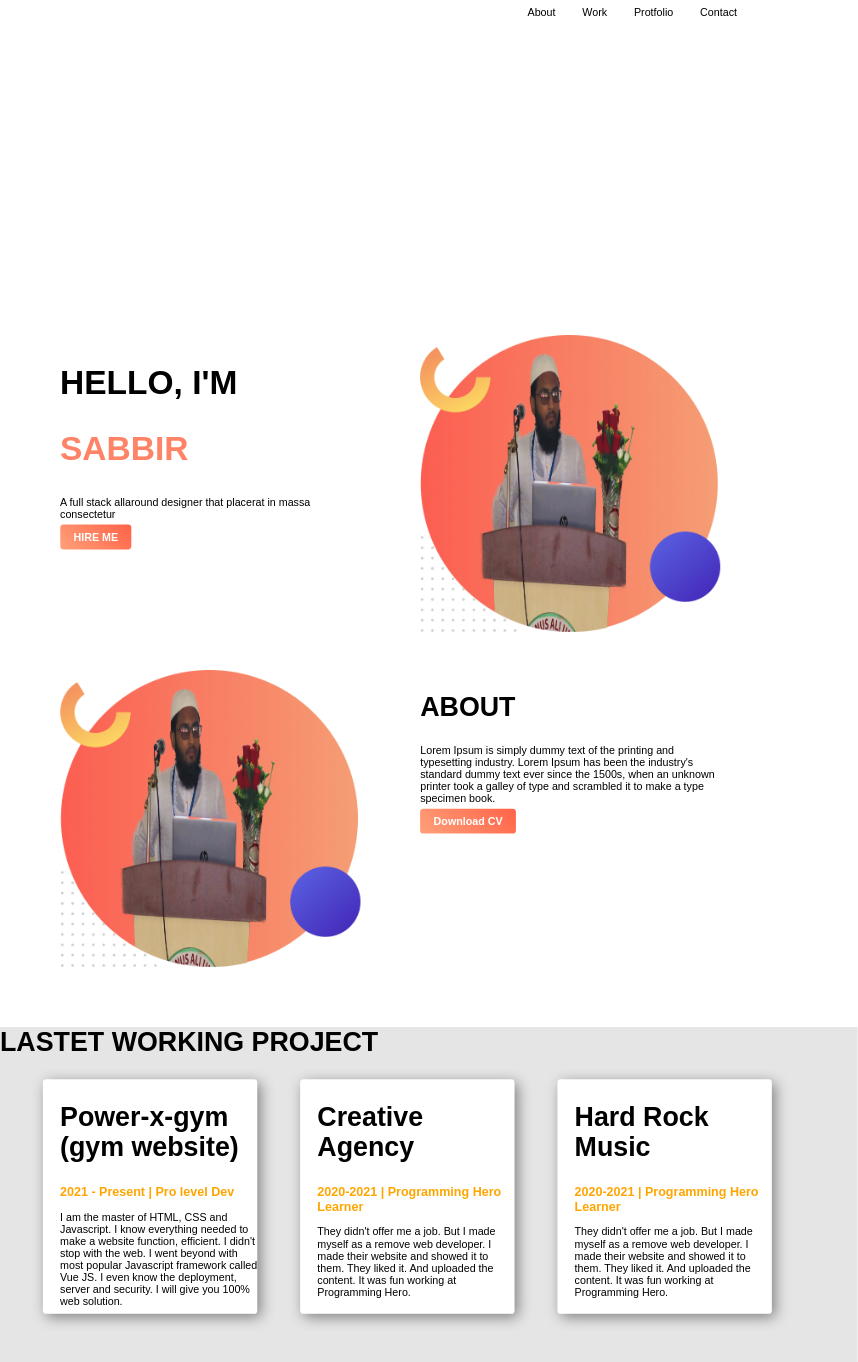
Repository: sabbircse3/personal-website
Page: index.html
These files come from the project's save history. The page is drawn as it stood at one moment and after a run of saves; the edit follows.
The browser window is 1280 px wide. The pictures show the whole page, at 67% of full size.

Above is the page before, as saved 2021-01-06 00:24:47.

### index.html
<!DOCTYPE html>
<html lang="en">
<head>
    <title>personal-website</title>
    <link rel="preconnect" href="https://fonts.gstatic.com">
    <link href="https://fonts.googleapis.com/css2?family=Montserrat&display=swap" rel="stylesheet">
    <link rel="stylesheet" href="style.css">
</head>
<body>

    <section>
        <div>
            <ul id="menu">
                <li><a href="#">Contact</a></li>
                <li><a href="#">Protfolio</a></li>
                <li><a href="#">Work</a></li>
                <li><a href="#">About</a></li>
            </ul>
        </div>
    </section>

    <section class="top-banner">
        <div class="half-width">
            <h1>HELLO, I'M</h1>
            <h1> <span class="name-highlight">SABBIR</span></h1>
            <p>A full stack allaround designer that placerat in massa consectetur</p>
            <a class="link-button" target="_blank" href="https://www.linkedin.com/company/programminghero/">HIRE ME</a>
        </div>

        <div class="half-width">
            <img src="images/sabbir1.png" alt="">
        </div>
    </section>

    <section class="about">
        <div class="half-width">
            <img src="images/sabbir1.png" alt="">
        </div>

        <div class="half-width">
            <h2> ABOUT</h2>
            <p>Lorem Ipsum is simply dummy text of the printing and typesetting industry. Lorem Ipsum has been the industry's standard dummy text ever since the 1500s, when an unknown printer took a galley of type and scrambled it to make a type specimen book.</p>
            <a class="link-button" target="_blank" href="https://www.linkedin.com/company/programminghero/">Download CV</a>
        </div>

    </section>

    <section class="experience-area">
        <h2>LASTET WORKING PROJECT</h2>
        <div id="full-stack" class="half-width single-experience">
            <h2>Power-x-gym (gym website)</h2>
            <h3 class="orange-highlight">2021 - Present | Pro level Dev</h3>
            <p>I am the master of HTML, CSS and Javascript. I know everything needed to make a website function, efficient. I didn't stop with the web. I went beyond with most popular Javascript framework called Vue JS. I even know the deployment, server and security. I will give you 100% web solution.</p>

        </div>

        <div id="baby-web" class="half-width single-experience">
            <h2>Creative Agency</h2>
            <h3 class="orange-highlight">2020-2021 | Programming Hero Learner</h3>
            <p>They didn't offer me a job. But I made myself as a remove web developer. I made their website and showed it to them. They liked it. And uploaded the content. It was fun working at Programming Hero.</p>

        </div>

        <div id="baby-web" class="half-width single-experience">
            <h2>Hard Rock Music</h2>
            <h3 class="orange-highlight">2020-2021 | Programming Hero Learner</h3>
            <p>They didn't offer me a job. But I made myself as a remove web developer. I made their website and showed it to them. They liked it. And uploaded the content. It was fun working at Programming Hero.</p>

        </div>



    </section>

</body>
</html>

### style.css
body{
    font-family: sans-serif;
    margin: 0px;
}
#menu{
	padding:0;
	list-style-type:none;
	width:960px;
	margin:0 auto;
}
#menu li{
	float:right;
}
#menu li a{
	color:black;
	text-decoration:none;
	padding:10px 20px;
	display:block;
}

h1{
    font-size: 50px;
}
h2{
    font-size: 40px;
}
.name-highlight{
    color: #FF8367;
}
.half-width{
    width: 35%;
    float: left;
    margin-left: 5%;
    padding-left: 2%;
}
.half-width img{
    width: 100%;
}

section{
    height: 500px;
}
.link-button{
    text-decoration: none;
    background-image: linear-gradient(45deg, lightSalmon, tomato);
    padding: 10px 20px;
    border-radius: 5px;
    color: white;
    font-weight: 700;
}
.experience-area{
    background-color: #E5E5E5;
    background-position: left;
}
.orange-highlight{
    color: orange;
}
.single-experience{
    box-shadow: 5px 5px 20px gray;
    border-radius: 5px;
	height: 70%;
	width: 23%;
}
#full-stack{
    background-color: white;
}
#baby-web{
	background-color: white;
}
footer p{
    text-align: center;
    font-size: 12px;
}

After the next 2 saves:
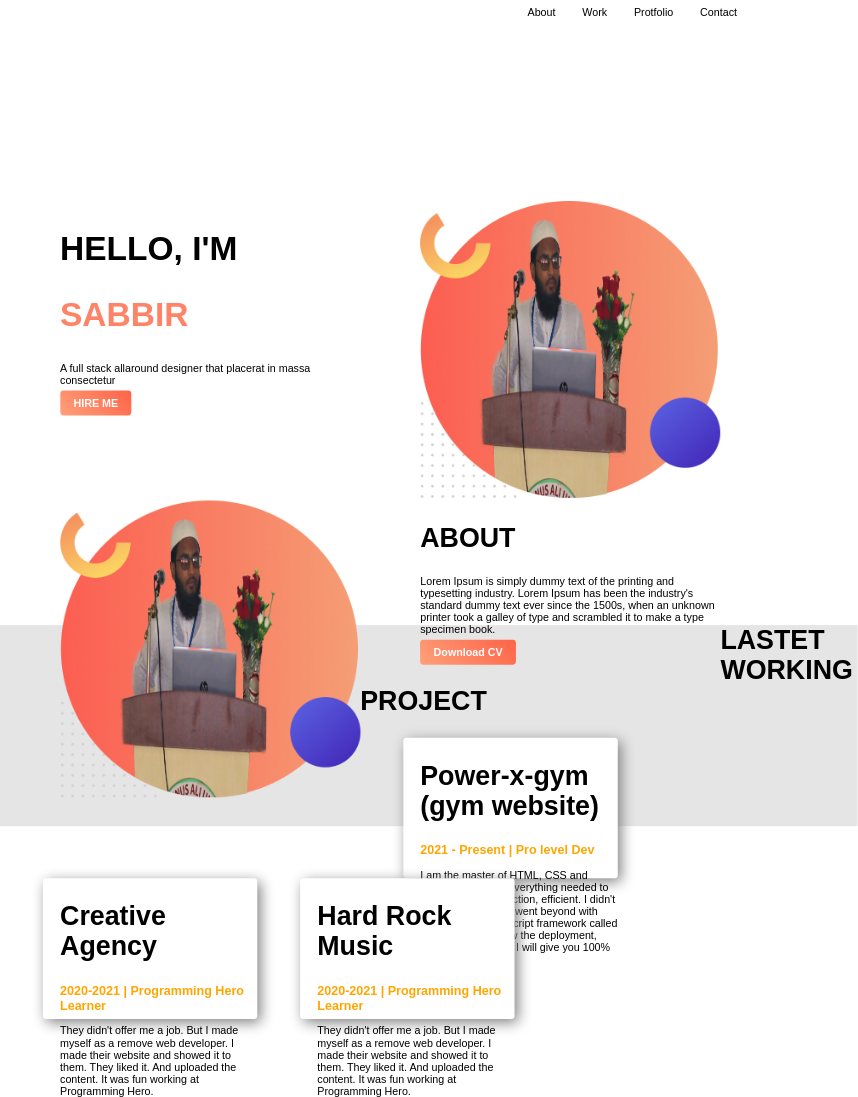
The 2 saves are shown as one change because they came seconds apart.
The last was saved 16 s later.
--- a/style.css
+++ b/style.css
@@ -38,7 +38,7 @@
 }
 
 section{
-    height: 500px;
+    height: 300px;
 }
 .link-button{
     text-decoration: none;

After the 2 saves that followed:
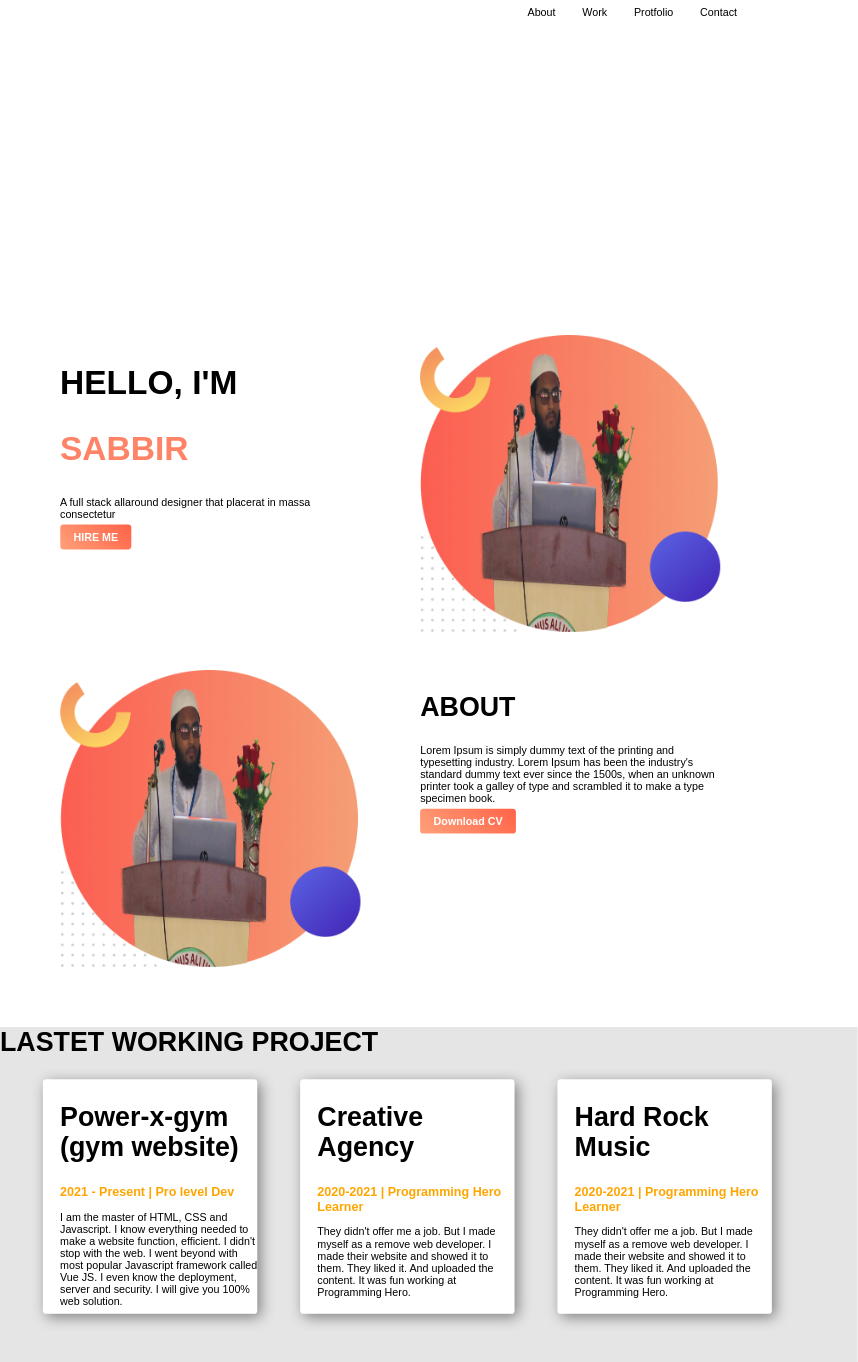
The 2 saves are shown as one change because they came seconds apart.
The last was saved 11 s later.
--- a/style.css
+++ b/style.css
@@ -38,7 +38,7 @@
 }
 
 section{
-    height: 300px;
+    height: 500px;
 }
 .link-button{
     text-decoration: none;
